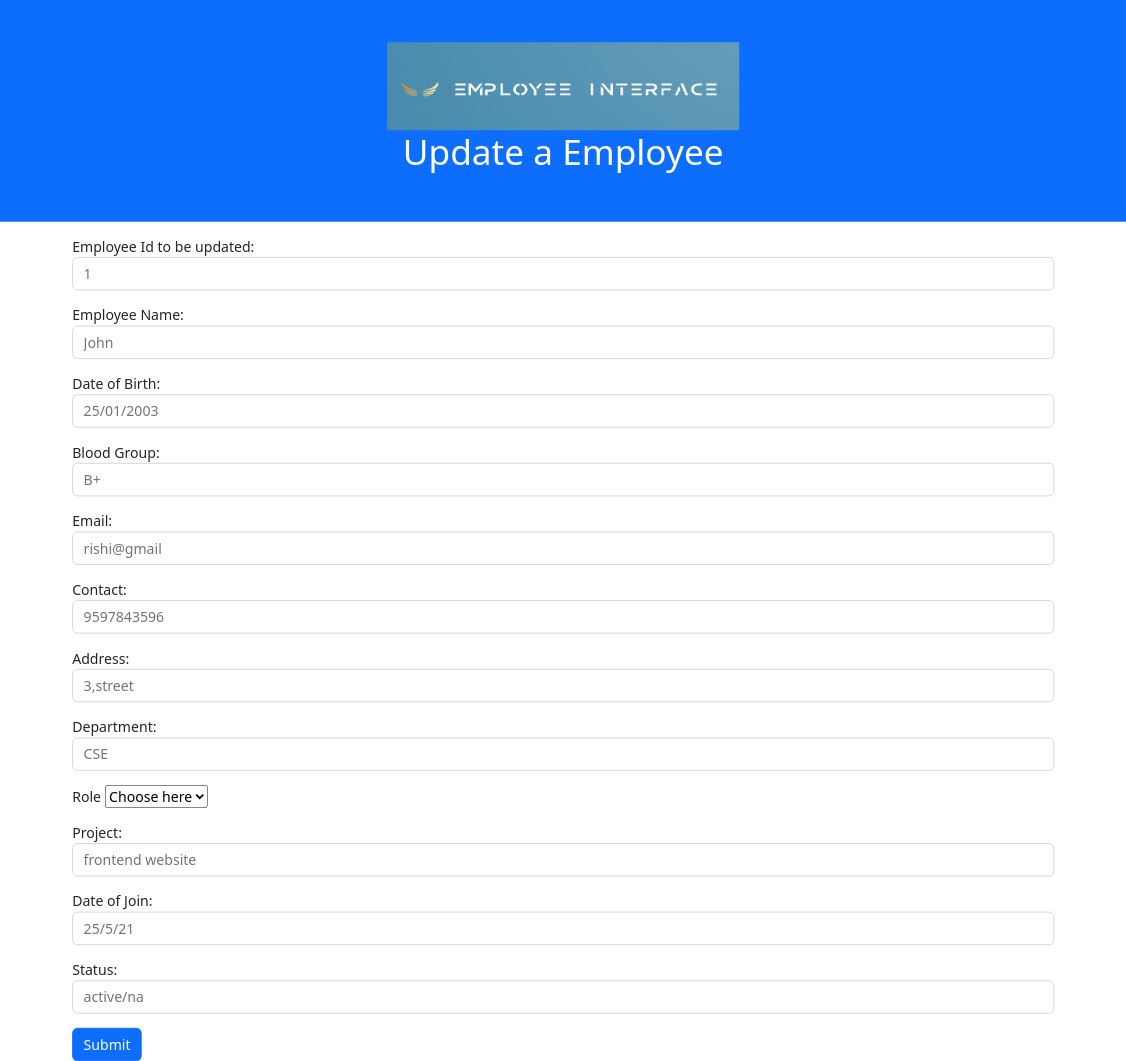
Repository: Rishicollinz/Java_Fullstack
Page: Eclipse 2/jspproject/src/main/webapp/update/update.html
The author's editor kept a copy of each file at every save. The page is drawn from the files as they stood at one save, then again after the next save.
The browser window is 1280 px wide. The pictures show the whole page, at 88% of full size.

Above is the page before, as saved 2023-05-19 10:15:43.

After the next save:
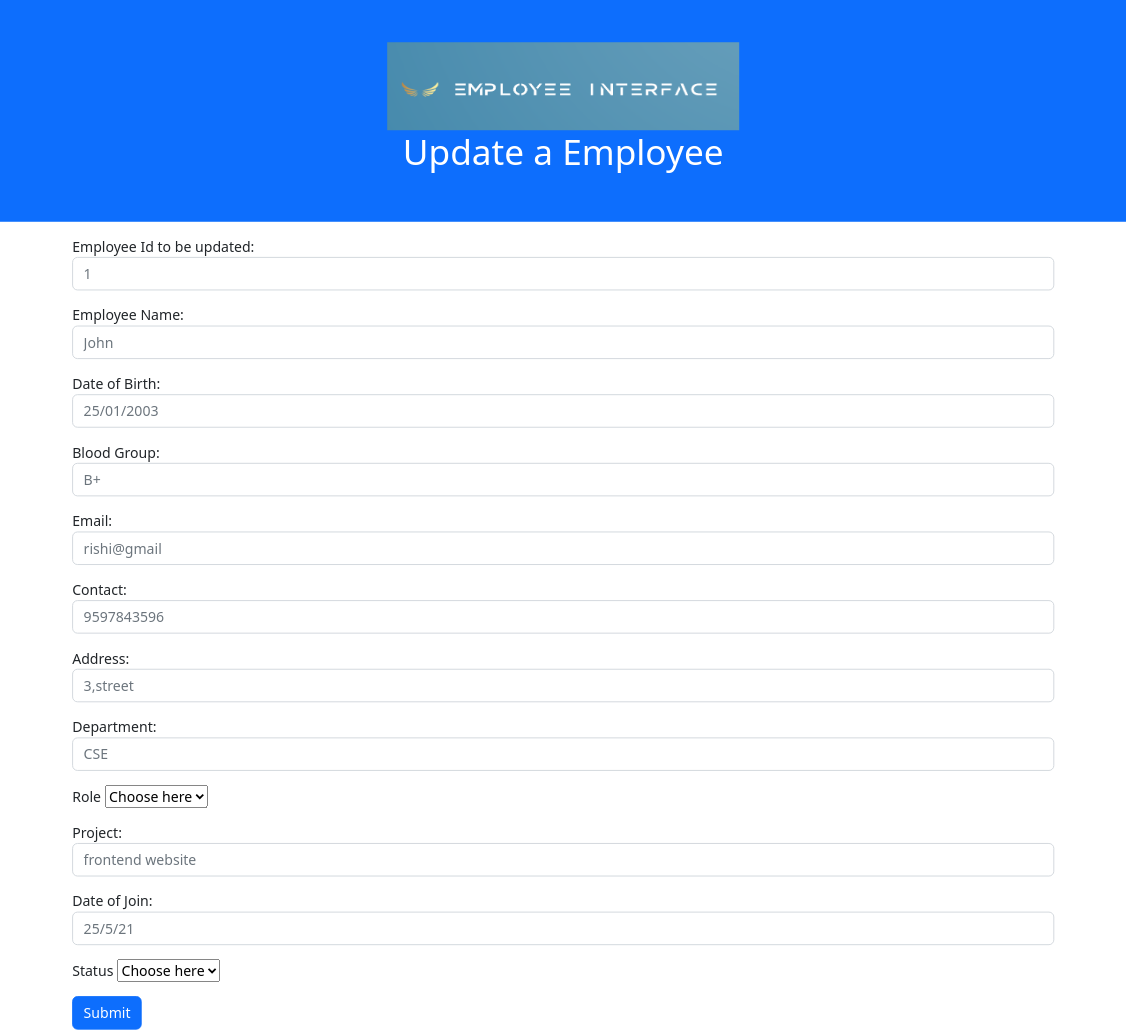
Saved 50 s later.
--- a/Eclipse 2/jspproject/src/main/webapp/update/update.html
+++ b/Eclipse 2/jspproject/src/main/webapp/update/update.html
@@ -35,23 +35,23 @@
     </div>
     <div class="mb-3 mt-3">
       <label for="email">Email:</label>
-      <input type="text" class="form-control"  placeholder="rishi@gmail" name="email">
+      <input type="text" class="form-control"  placeholder="rishi@gmail" name="email" required>
     </div>
     <div class="mb-3 mt-3">
       <label for="contact">Contact:</label>
-      <input type="text" class="form-control"  placeholder="9597843596" name="contact">
+      <input type="text" class="form-control"  placeholder="9597843596" name="contact" required>
     </div>
     <div class="mb-3 mt-3">
       <label for="address">Address:</label>
-      <input type="text" class="form-control"  placeholder="3,street" name="address">
+      <input type="text" class="form-control"  placeholder="3,street" name="address" required>
     </div>
     <div class="mb-3 mt-3">
       <label for="deptName">Department:</label>
-      <input type="text" class="form-control"  placeholder="CSE" name="deptName">
+      <input type="text" class="form-control"  placeholder="CSE" name="deptName" required>
     </div>
     <div class="mb-3 mt-3">
     	<label for="role">Role</label>
-  		<select name="role" id="role">
+  		<select name="role" id="role" required>
   			 <option value="" selected disabled hidden>Choose here</option>
 		    <option value="admin">Admin</option>
 		    <option value="user">User</option>
@@ -59,16 +59,20 @@
   	</div>
     <div class="mb-3 mt-3">
       <label for="proj">Project:</label>
-      <input type="text" class="form-control"  placeholder="frontend website" name="proj">
+      <input type="text" class="form-control"  placeholder="frontend website" name="proj" required>
     </div>
     <div class="mb-3 mt-3">
       <label for="doj">Date of Join:</label>
-      <input type="text" class="form-control"  placeholder="25/5/21" name="doj">
+      <input type="text" class="form-control"  placeholder="25/5/21" name="doj" required>
     </div>
     <div class="mb-3 mt-3">
-      <label for="status">Status:</label>
-      <input type="text" class="form-control"  placeholder="active/na" name="status">
-    </div>
+    	<label for="status">Status</label>
+  		<select name="status" id="status" required>
+  			 <option value="" selected disabled hidden>Choose here</option>
+		    <option value="active">Active</option>
+		    <option value="notActive">Not Active</option>
+  		</select>
+  	</div>
     <button type="submit" class="btn btn-primary">Submit</button>
   </form>
 </div>
